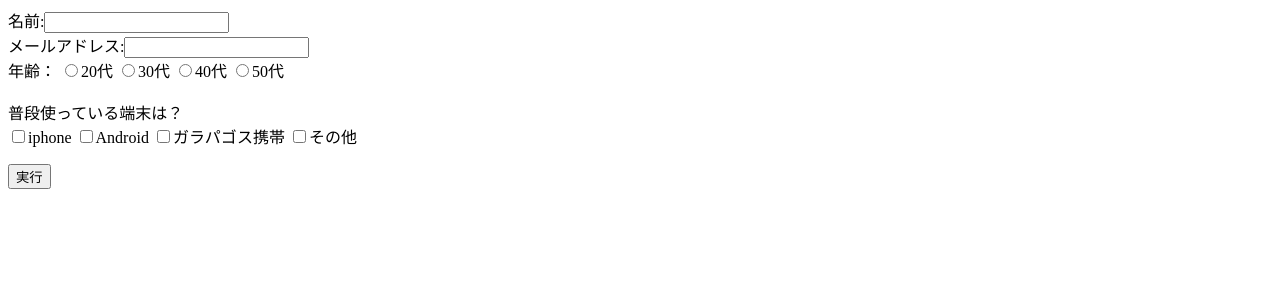
Repository: keita0055/game
Page: nakamura/index.html
The author's editor kept a record of every edit. The page is drawn from the files as they stood at one moment, then again after the next edit.
The browser window is 1280 px wide. The pictures show the whole page.

Above is the page before.

After the next edit:
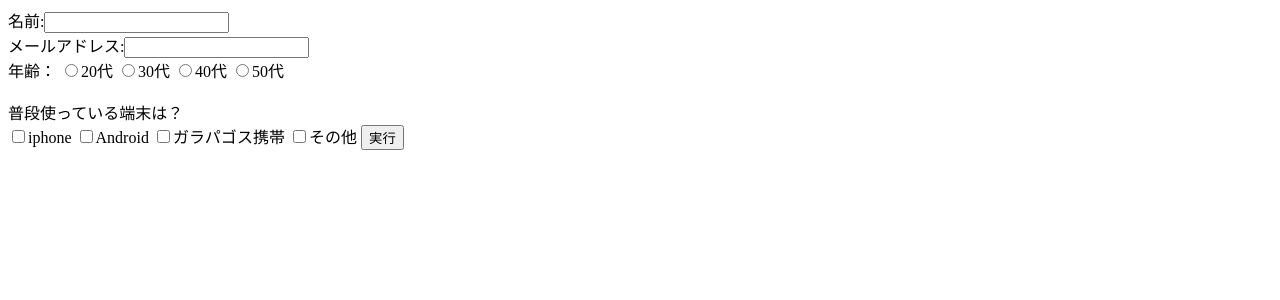
The edit:
--- a/nakamura/index.html
+++ b/nakamura/index.html
@@ -7,7 +7,7 @@
   <form name="myForm">
       <liabel>名前:<input type="text" name="mame"/></liabel>
       <br>
-      <liabel>メールアドレス:<input type="email" name="email"/></liabel>
+      <label>メールアドレス:<input type="email" name="email"/></liabel>
       <br>
 
       <label>年齢：</label>

After the 2 edits that followed:
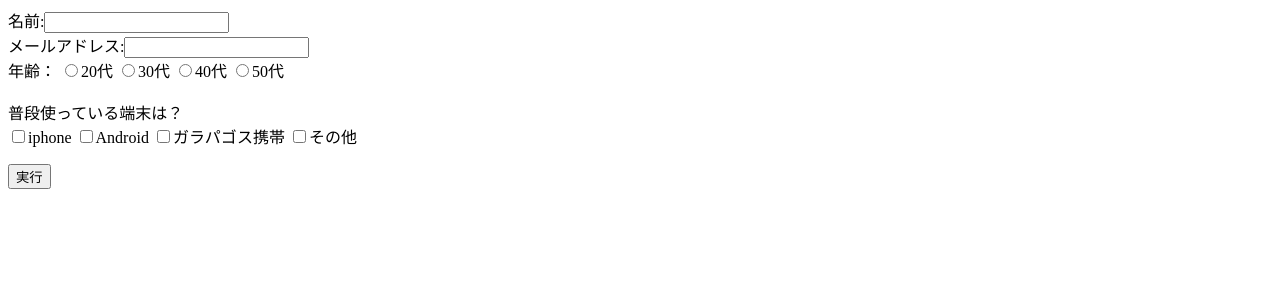
The 2 edits are shown as one change because 1 left the picture as it was.
The edit:
--- a/nakamura/index.html
+++ b/nakamura/index.html
@@ -5,9 +5,9 @@
   </head>
 <body>
   <form name="myForm">
-      <liabel>名前:<input type="text" name="mame"/></liabel>
+      <label>名前:<input type="text" name="mame"/></label>
       <br>
-      <label>メールアドレス:<input type="email" name="email"/></liabel>
+      <label>メールアドレス:<input type="email" name="email"/></label>
       <br>
 
       <label>年齢：</label>
